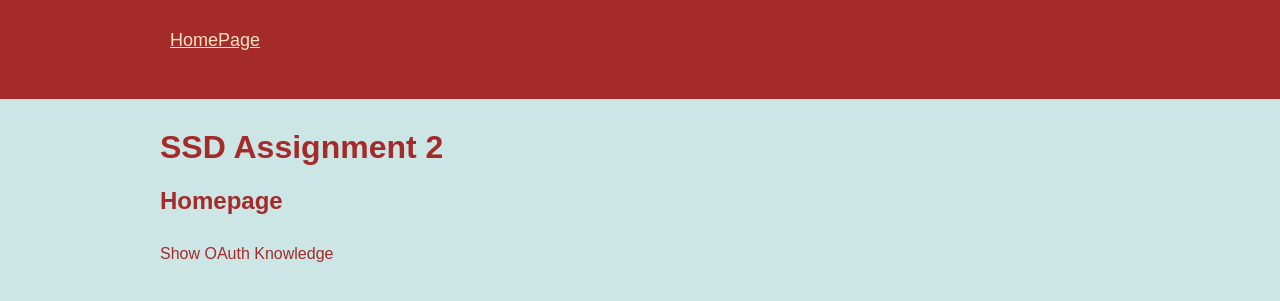
Repository: RISBandara/Oauth2-Assignment2
Page: http://localhost/
An editor plug-in stored every save of this project. The page is shown before and after the next save, followed by the edit.
The browser window is 1280 px wide. The pictures show the whole page.
The page is served by the project's Node server (app.js).

Above is the page before, as saved 2019-09-11 09:12:15.

After the next save:
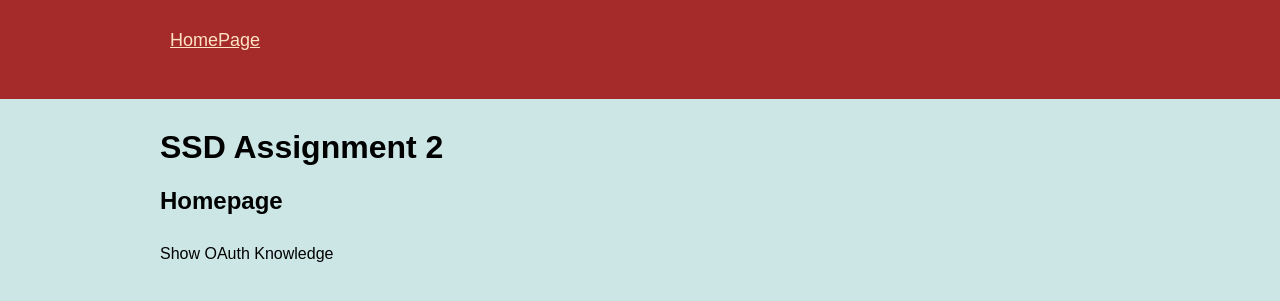
Saved 50 s later.
--- a/Oauth/views/home.ejs
+++ b/Oauth/views/home.ejs
@@ -4,7 +4,7 @@
         <meta charset="utf-8">
         <title>SSD Assignment 2</title>
         <style>
-            body{
+body{
     font-family: Arial, Helvetica, sans-serif;
     margin: 0;
     background-color: rgb(204, 230, 230);
@@ -35,7 +35,7 @@ main ,header{
     max-width: 960px;
     margin: 30px auto;
     padding: 0 10px;
-    color: brown;
+    color: black;
 }
         </style>
     </head>
